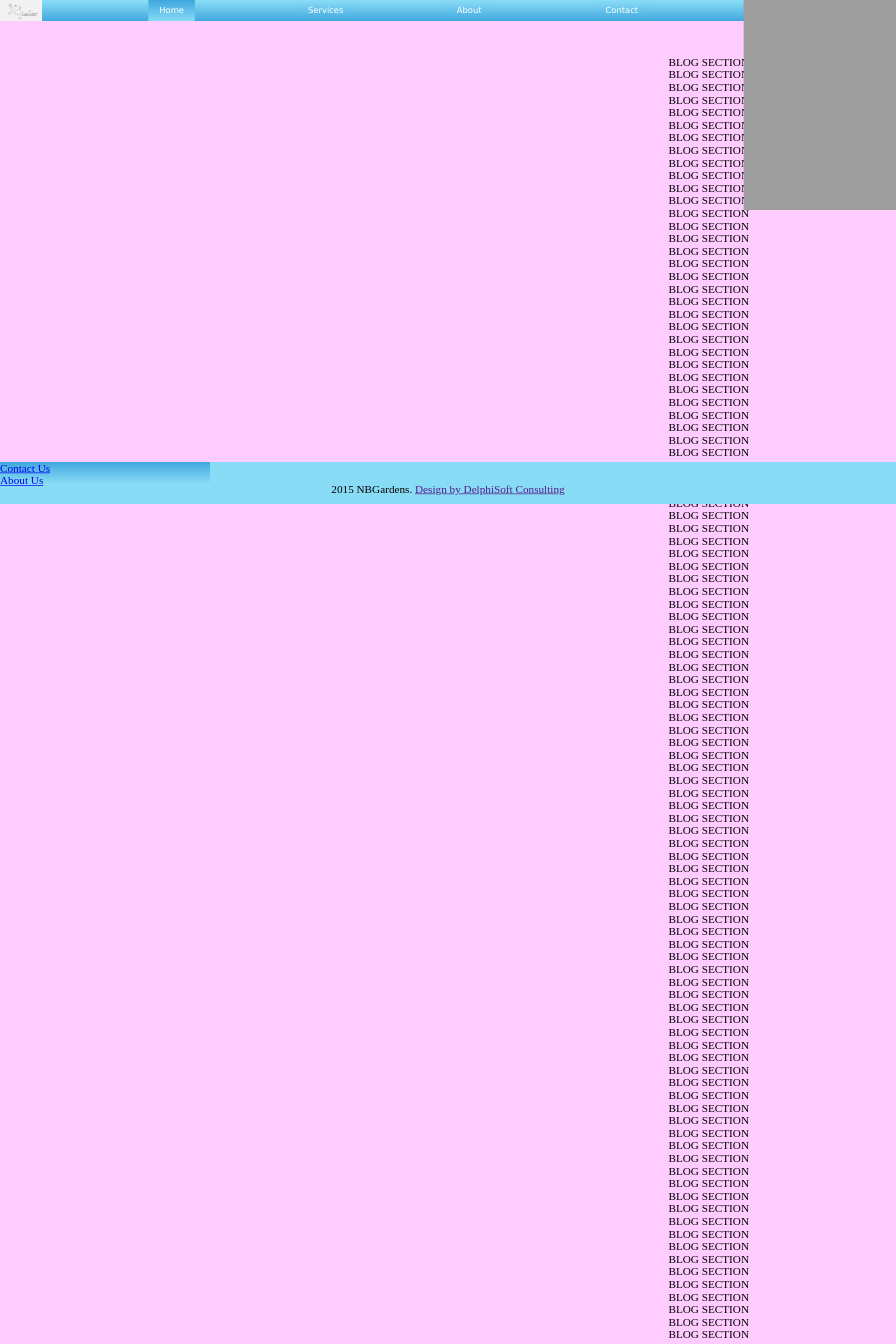
Repository: GAndrews13/BlueGardens
Page: BlueGardensEESystem/src/main/webapp/templates/template.html
The author's editor kept a copy of each file at every save. The page is drawn from the files as they stood at one save, then again after the next save.
The browser window is 1280 px wide. The pictures show the part of the page from y = 0 to 1920 px (the page is 2852 px tall), at 70% of full size.
Pictures or frames that could not be fetched are drawn as grey boxes.

Above is the page before, as saved 2015-07-21 14:12:32.

### BlueGardensEESystem/src/main/webapp/templates/template.html
<!DOCTYPE html>
<html 	xmlns="http://www.w3.org/1999/xhtml"
		xmlns:ui="http://java.sun.com/jsf/facelets"
		xmlns:h="http://java.sun.com/jsf/html">
<header>
	<!--<link rel="stylesheet" type="text/css" href="layout.css">-->
	<meta charset="ISO-8859-1">
	<link rel="stylesheet" type="text/css" href="../style.css">
	<title><ui:insert name = "pagetitle"/></title>
</header>
<body>
	<div class="site-header">
		<h1 id="logo">
			<a href = ""><!--LOGO ADD--></a>
		</h1>
		<div id="navigation">
			<ul class="menu">
			  	<li> <img src="../images/NB-Gardens.png" width=60px height=30px/> </li>
			  	<li><a href="/home" class="active"><span>Home</span></a></li>
			  	<li><a href="/services"><span>Services</span></a></li>
			  	<li><a href="/about"><span>About</span></a></li>
			  	<li><a href="/contact"><span>Contact</span></a></li>
			  	<li>
			  		<form target="paypal" action="https://www.paypal.com/cgi-bin/webscr" method="post">
	   					<input type="hidden" name="business" value="garethedwardfrankandrews@hotmail.com"/>
		    					<input type="hidden" name="cmd" value="_cart"/>
	    				<input type="hidden" name="display" value="1"/>
	   					<input type="image" name="submit" border="0" src="https://www.paypalobjects.com/en_US/i/btn/btn_viewcart_LG.gif" alt="PayPal - The safer, easier way to pay online"/>
	   					<img alt="" border="0" width="1" height="1"     src="https://www.paypalobjects.com/en_US/i/scr/pixel.gif" />
					</form>
				</li>
			</ul>
		</div>
	</div>

	<div class="page-wrap">
		<div id="contentHeader">
			<ui:insert name="sectiontitle"/>
		</div>
		<div class="content">

			<ui:insert name="body"/>
		</div>
		<div id="sidebarRight">
				BLOG SECTION
				<br>
				BLOG SECTION
				<br>
				BLOG SECTION
				<br>
				BLOG SECTION
				<br>
				BLOG SECTION
				<br>
				BLOG SECTION
				<br>
				BLOG SECTION
				<br>
				BLOG SECTION
				<br>
				BLOG SECTION
				<br>
				BLOG SECTION
				<br>
				BLOG SECTION
				<br>
				BLOG SECTION
				<br>
				BLOG SECTION
				<br>
				BLOG SECTION
				<br>
				BLOG SECTION
				<br>
				BLOG SECTION
				<br>
				BLOG SECTION
				<br>
				BLOG SECTION
				<br>
				BLOG SECTION
				<br>
				BLOG SECTION
				<br>
				BLOG SECTION
				<br>
				BLOG SECTION
				<br>
				BLOG SECTION
				<br>
				BLOG SECTION
				<br>
				BLOG SECTION
				<br>
				BLOG SECTION
				<br>
				BLOG SECTION
				<br>
				BLOG SECTION
				<br>
				BLOG SECTION
				<br>
				BLOG SECTION
				<br>
				BLOG SECTION
				<br>
				BLOG SECTION
				<br>
				BLOG SECTION
				<br>
				BLOG SECTION
				<br>
				BLOG SECTION
				<br>
				BLOG SECTION
				<br>
				BLOG SECTION
				<br>
				BLOG SECTION
				<br>
				BLOG SECTION
				<br>
				BLOG SECTION
				<br>
				BLOG SECTION
				<br>
				BLOG SECTION
				<br>
				BLOG SECTION
				<br>
				BLOG SECTION
				<br>
				BLOG SECTION
				<br>
				BLOG SECTION
				<br>
				BLOG SECTION
				<br>
				BLOG SECTION
				<br>
				BLOG SECTION
				<br>
				BLOG SECTION
				<br>
				BLOG SECTION
				<br>
				BLOG SECTION
				<br>
				BLOG SECTION
				<br>
				BLOG SECTION
				<br>
				BLOG SECTION
				<br>
				BLOG SECTION
				<br>
				BLOG SECTION
				<br>
				BLOG SECTION
				<br>
				BLOG SECTION
				<br>
				BLOG SECTION
				<br>
				BLOG SECTION
				<br>
				BLOG SECTION
				<br>
				BLOG SECTION
				<br>
				BLOG SECTION
				<br>
				BLOG SECTION
				<br>
				BLOG SECTION
				<br>
				BLOG SECTION
				<br>
				BLOG SECTION
				<br>
				BLOG SECTION
				<br>
				BLOG SECTION
				<br>
				BLOG SECTION
				<br>
				BLOG SECTION
				<br>
				BLOG SECTION
				<br>
				BLOG SECTION
				<br>
				BLOG SECTION
				<br>
				BLOG SECTION
				<br>
				BLOG SECTION
				<br>
				BLOG SECTION
				<br>
				BLOG SECTION
				<br>
				BLOG SECTION
				<br>
				BLOG SECTION
				<br>
				BLOG SECTION
				<br>
				BLOG SECTION
				<br>
				BLOG SECTION
				<br>
				BLOG SECTION
				<br>
				BLOG SECTION
				<br>
				BLOG SECTION
				<br>
				BLOG SECTION
				<br>
				BLOG SECTION
				<br>
				BLOG SECTION
				<br>
				BLOG SECTION
				<br>
				BLOG SECTION
				<br>
				BLOG SECTION
				<br>
				BLOG SECTION
				<br>
				BLOG SECTION
				<br>
				BLOG SECTION
				<br>
				BLOG SECTION
				<br>
				BLOG SECTION
				<br>
				BLOG SECTION
				<br>
				BLOG SECTION
				<br>
				BLOG SECTION
				<br>
				BLOG SECTION
				<br>
				BLOG SECTION
				<br>
				BLOG SECTION
				<br>
				BLOG SECTION
				<br>
				BLOG SECTION
				<br>
				BLOG SECTION
				<br>
				BLOG SECTION
				<br>
				BLOG SECTION
				<br>
				BLOG SECTION
				<br>
				BLOG SECTION
				<br>
				BLOG SECTION
				<br>
				BLOG SECTION
				<br>
				BLOG SECTION
				<br>
				BLOG SECTION
				<br>
				BLOG SECTION
				<br>
				BLOG SECTION
				<br>
				BLOG SECTION
				<br>
				BLOG SECTION
				<br>
				BLOG SECTION
				<br>
				BLOG SECTION
				<br>
				BLOG SECTION
				<br>
				BLOG SECTION
				<br>
				BLOG SECTION
				<br>
				BLOG SECTION
				<br>
				BLOG SECTION
				<br>
				BLOG SECTION
				<br>
				BLOG SECTION
				<br>
				BLOG SECTION
				<br>
				BLOG SECTION
				<br>
				BLOG SECTION
				<br>
				BLOG SECTION
				<br>
				BLOG SECTION
				<br>
				BLOG SECTION
				<br>
				BLOG SECTION
				<br>
				BLOG SECTION
				<br>
				BLOG SECTION
				<br>
				BLOG SECTION
				<br>
				BLOG SECTION
				<br>
				BLOG SECTION
				<br>
				BLOG SECTION
				<br>
				BLOG SECTION
				<br>
				BLOG SECTION
				<br>
				BLOG SECTION
				<br>
				BLOG SECTION
				<br>
				BLOG SECTION
				<br>
				BLOG SECTION
				<br>
				BLOG SECTION
				<br>
				BLOG SECTION
				<br>
				BLOG SECTION
				<br>
				BLOG SECTION
				<br>
				BLOG SECTION
				<br>
				BLOG SECTION
				<br>
				BLOG SECTION
				<br>
			</div>
	</div>

	<footer class="site-footer">
	  <div>
			<div>
				<ul class="bottommenu">
				  <li><a href="/home" class="active"><span>Contact Us</span></a></li>
				  <li><a href="/services"><span>About Us</span></a></li>
				</ul>
			</div>
		</div>
		<div class="center">
			2015 NBGardens.
			<a href="">Design by DelphiSoft Consulting</a>
		</div>
	</footer>
</body>
</html>

### BlueGardensEESystem/src/main/webapp/style.css
<!--
/* Generated via www.cssmenubuilder.com */

.menu{margin:0 auto; padding:0; height:30px; width:100%; display:block; background:url('topMenuImages.png') repeat-x;}
.menu li{padding:0; margin:0; list-style:none; display:inline; width:16.6%;float:left;}
.menu li a{float:left; padding-left:15px; display:block; color:rgb(255,255,255); text-decoration:none; font:12px Verdana, Arial, Helvetica, sans-serif; cursor:pointer; background:url('topMenuImages.png') 0px -30px no-repeat;}
.menu li a span{line-height:30px; float:left; display:block; padding-right:15px; background:url('topMenuImages.png') 100% -30px no-repeat;}
.menu li a:hover{background-position:0px -60px; color:rgb(255,255,255);}
.menu li a:hover span{background-position:100% -60px;}
.menu li a.active, .menu li a.active:hover{line-height:30px; font:12px Verdana, Arial, Helvetica, sans-serif; background:url('topMenuImages.png') 0px -90px no-repeat; color:rgb(255,255,255);}
.menu li a.active span, .menu li a.active:hover span{background:url('topMenuImages.png') 100% -90px no-repeat;}

/* Generated via www.cssmenubuilder.com */

.bottommenu{margin-bottom:875px auto; padding:0; height:30px; width:100%; display:block; background:url('bottomMenuImages.png') repeat-x; magin:0 auto; width:300px;}
/*.bottommenu li{padding:0; margin:0; list-style:none; display:inline-block;}
.bottommenu li a{float:left; padding-left:15px; display:inline-block; color:rgb(255,255,255); text-decoration:none; font:12px Verdana, Arial, Helvetica, sans-serif; cursor:pointer; background:url('bottomMenuImages.png') 0px -30px no-repeat;}
.bottommenu li a span{line-height:30px; float:left; display:block; padding-right:15px; background:url('bottomMenuImages.png') 100% -30px no-repeat;}
.bottommenu li a:hover{background-position:0px -60px; color:rgb(255,255,255);}
.bottommenu li a:hover span{background-position:100% -60px;}
.bottommenu li a.active, .menu li a.active:hover{line-height:30px; font:12px Verdana, Arial, Helvetica, sans-serif; background:url('bottomMenuImages.png') 0px -90px no-repeat; color:rgb(255,255,255);}
.bottommenu li a.active span, .menu li a.active:hover span{background:url('bottomMenuImages.png') 100% -90px no-repeat;}

.products {height: 350px; width: 200px; background-color: black; position: absolute;}
.product-info {border:solid 1px; font: 16px Verdana italic ; background-color: rgb(0 0 0); opacity: 0.4; filter: alpha(opacity = 40); }
.product-desc {border:solid 1px; font: 14px Verdana italic ; background-color: rgb(0 0 0); opacity: 0.4; filter: alpha(opacity = 40); }
#sale{text-transform: uppercase; color: white; text-shadow: 0.5px 0.5px blue; font-family: Comic Sans, Comic Sans MS, cursive;	}
/* PRODUCT CATALOG GRID SYSTEM */
/*  SECTIONS  */
.section {
	clear: both;
	padding: 0px;
	margin: 0px;
}

/*  COLUMN SETUP  */
.col {
	display: block;
	float:left;
	margin: 1% 0 1% 1.6%;
}
.col:first-child { margin-left: 0em; }

/*  GROUPING  */
.group:before,
.group:after { content:""; display:table; }
.group:after { clear:both;}
.group { zoom:1; /* For IE 6/7 */ }

/*  GRID OF FOUR  */
.span_4_of_4 {
	width: 100%;
}
.span_3_of_4 {
	width: 74.6%;
}
.span_2_of_4 {
	width: 49.2%;
}
.span_1_of_4 {
	width: 23.8%;
}

/*  GO FULL WIDTH BELOW 480 PIXELS */
@media only screen and (max-width: 480px) {
	.col {  margin: 1% 0 1% 0%; }
	.span_1_of_4, .span_2_of_4, .span_3_of_4, .span_4_of_4 { width: 100%; }
}

body{
		color: black;
		background-color: #ffccff;
		margin-top: 20px;
		margin-bottom:20px;
		/*margin-left: 150px;*/
		margin-right: 150px;
		white-space: nowrap;
	}

	body2 {
		color: black;
		background-color: #ffccff;
		margin-top: 20px;
		margin-bottom:20px;
		margin-left: 150px;
		margin-right: 300px;
		white-space: nowrap;
	}




/* Sticky Footer code */
	* {
	margin: 0;
	}

	html, body {
    	height: 100%;
	}
	.page-wrap {
	padding: 60px;
	padding-bottom: 90px;
	}

	.page-wrap:after {
  		content: "";
  		display: block;
	}

	.site-footer{
		height: 60px;
		background-color: #89dcf5;
		position:fixed;
		bottom:0;
		width: 100%;
	}

	.site-header{
		height: 60px;
		top: 0;
		position: fixed;
		width: 100%;
	}

	.leftStack{
		float:left;
		width:40%;
	}

	.center{
		text-align:center;
	}

	#companytitle{
		text-align:center;

	}

	#sidebarRight{
		float: right;
	}

After the next save:
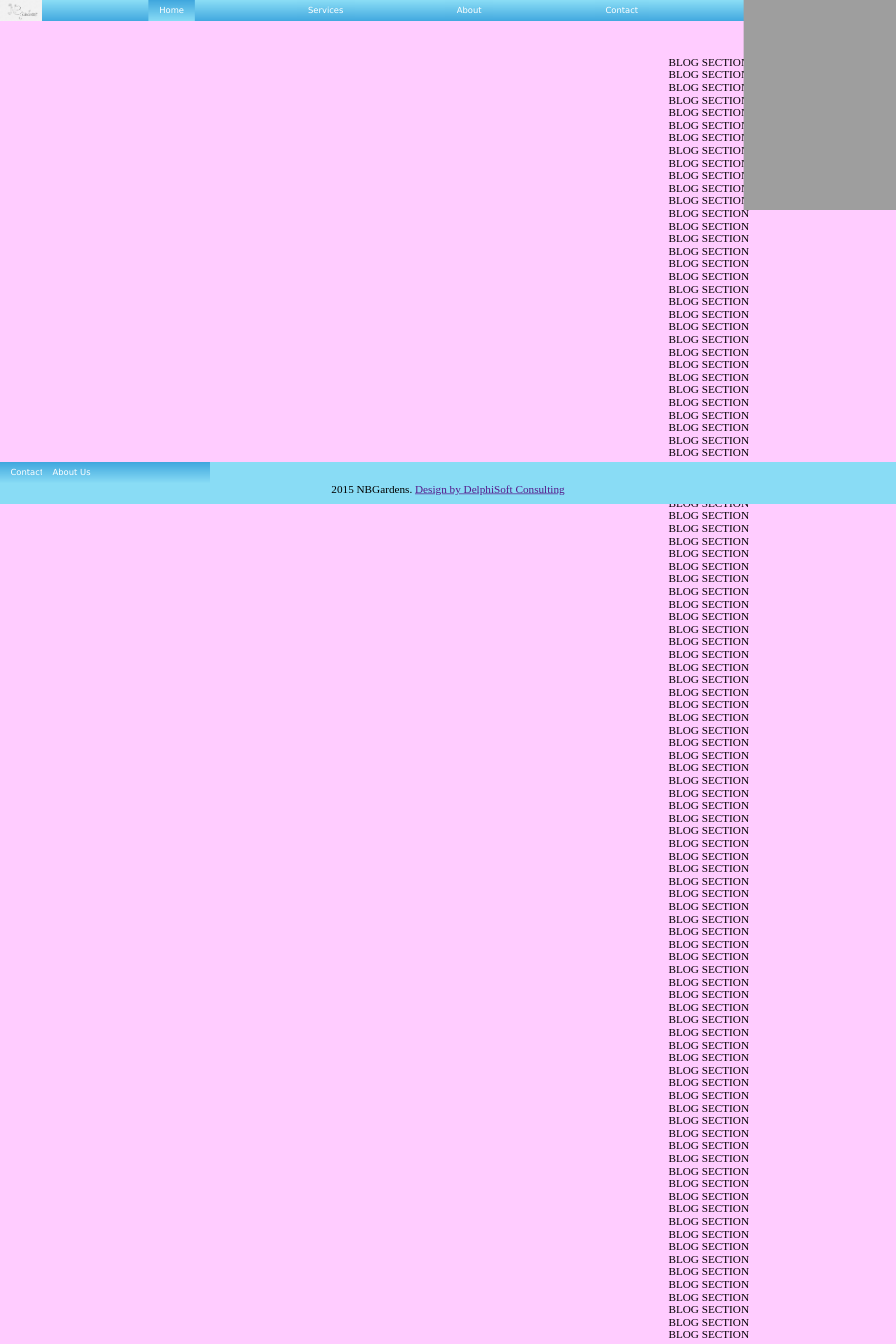
Saved 2 s later.
--- a/BlueGardensEESystem/src/main/webapp/style.css
+++ b/BlueGardensEESystem/src/main/webapp/style.css
@@ -13,7 +13,7 @@
 /* Generated via www.cssmenubuilder.com */
 
 .bottommenu{margin-bottom:875px auto; padding:0; height:30px; width:100%; display:block; background:url('bottomMenuImages.png') repeat-x; magin:0 auto; width:300px;}
-/*.bottommenu li{padding:0; margin:0; list-style:none; display:inline-block;}
+.bottommenu li{padding:0; margin:0; list-style:none; display:inline-block;width:20%;float:left;}
 .bottommenu li a{float:left; padding-left:15px; display:inline-block; color:rgb(255,255,255); text-decoration:none; font:12px Verdana, Arial, Helvetica, sans-serif; cursor:pointer; background:url('bottomMenuImages.png') 0px -30px no-repeat;}
 .bottommenu li a span{line-height:30px; float:left; display:block; padding-right:15px; background:url('bottomMenuImages.png') 100% -30px no-repeat;}
 .bottommenu li a:hover{background-position:0px -60px; color:rgb(255,255,255);}
